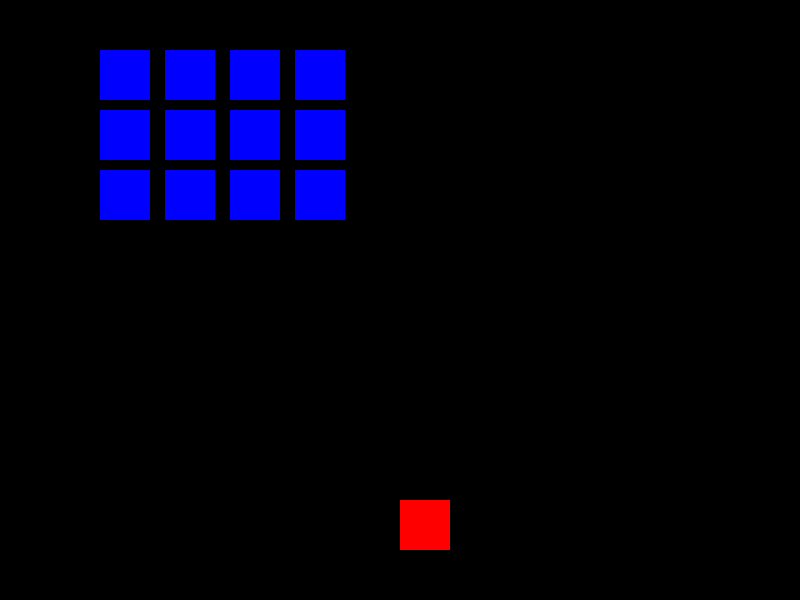
Repository: Igor-Boson/Space-Invaders-Python
Script's output: python main.py
An editor plug-in stored every save of this project. The script's output is shown before and after the next save, followed by the edit.
The window is shown after at most 60 frames with no key pressed. A system font it names is replaced by a similar one. Random numbers start from a fixed seed.

Above is the script's output before, as saved 2021-10-23 08:34:21.

After the next save:
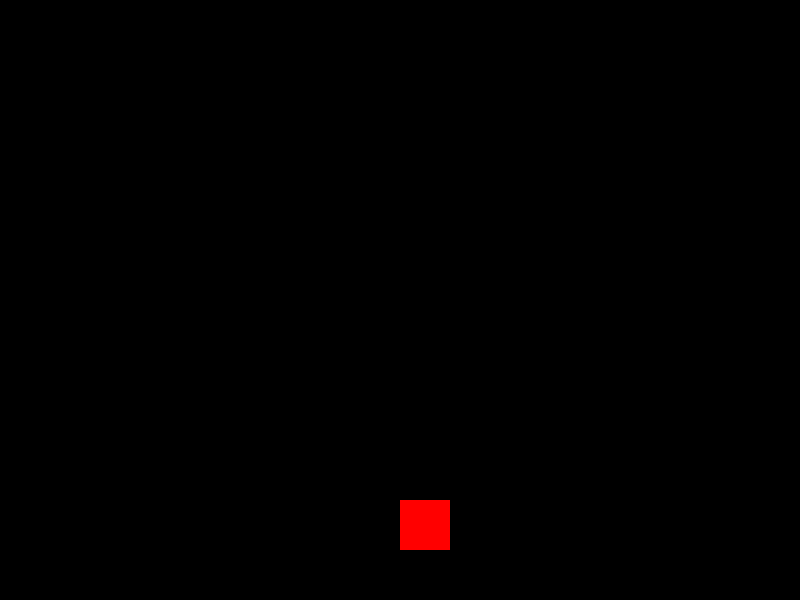
Saved 6 s later.
--- a/main.py
+++ b/main.py
@@ -43,6 +43,7 @@ def play_game(handler):
         game.update_player_position(key)
         # game.drop_enemies(screen.width)
         game.update_shot_positions()
+        game.update_alien_positions()
         # game.set_level()
 
         #screen.update_screen(game.enemy_list, player, game.score)
